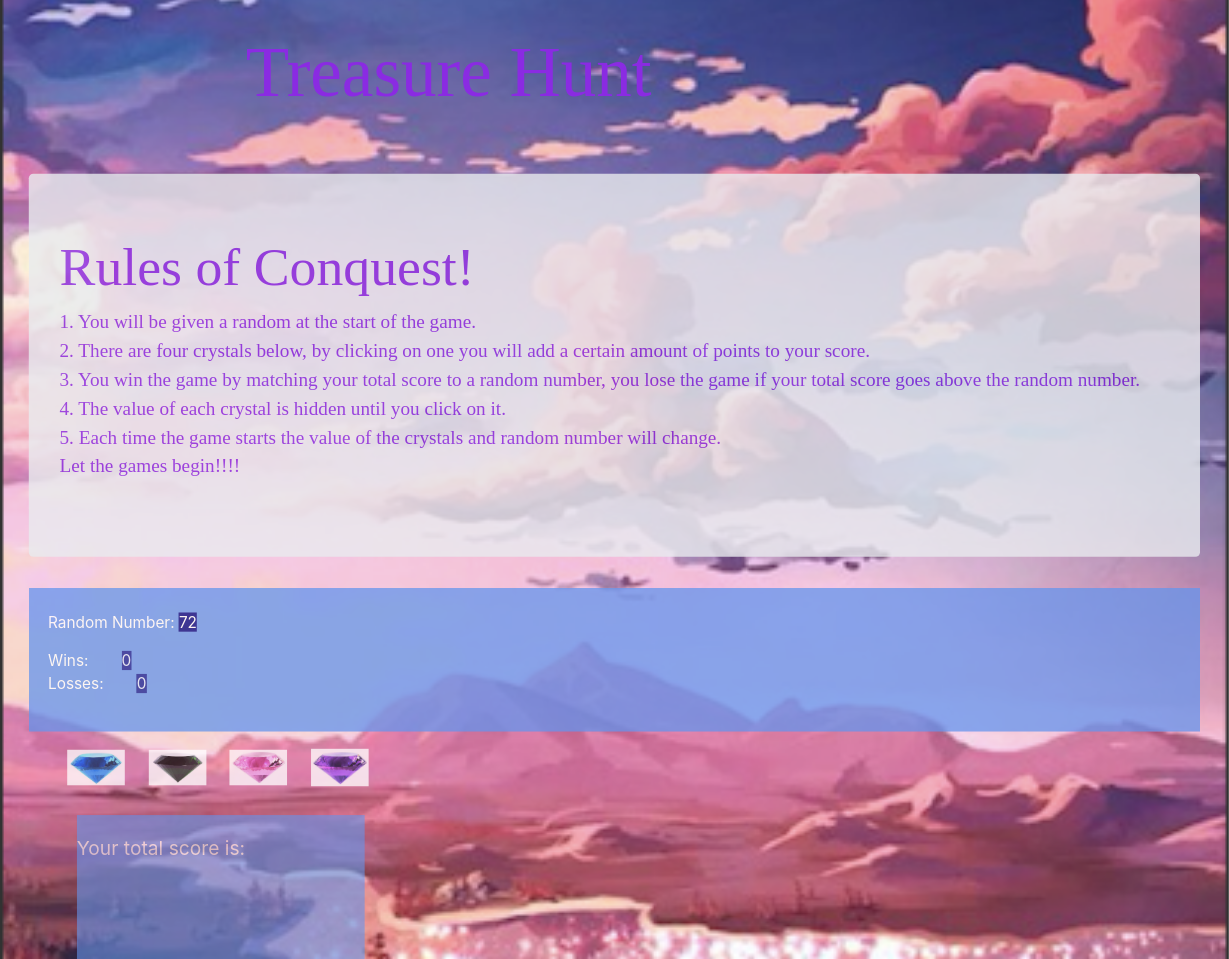
Repository: Jwill1258/unit-4-game
Page: index.html
These files come from the project's save history. The page is drawn as it stood at one moment and after the next save; the edit follows.
The browser window is 1280 px wide. The pictures show the whole page, at 96% of full size.
Some web fonts or font styles are not loaded; a fallback is used.

Above is the page before, as saved 2019-11-08 00:30:43.

### index.html
<!DOCTYPE html>
<html lang="en">
<head>
    <meta charset="UTF-8">
    <meta name="viewport" content="width=device-width, initial-scale=1.0">
    <meta http-equiv="X-UA-Compatible" content="ie=edge">
    <title>Crystal Collector</title>
    <link rel="stylesheet" type="text/css" href="assets/css/style.css">
    <link rel="stylesheet" href="https://stackpath.bootstrapcdn.com/bootstrap/4.3.1/css/bootstrap.min.css" integrity="sha384-ggOyR0iXCbMQv3Xipma34MD+dH/1fQ784/j6cY/iJTQUOhcWr7x9JvoRxT2MZw1T" crossorigin="anonymous">
    <link href="https://fonts.googleapis.com/css?family=Stoke&display=swap" rel="stylesheet">
</head>

<body>

    <div id="header">Treasure Hunt</div>

    <div class="jumbotron">

        <h1 class="display-4">Rules of Conquest!</h1>
        <p class="lead">

            1. You will be given a random at the start of the game.

            <br>

            2. There are four crystals below, by clicking on one you will add a certain amount of points to your      score.

            <br>

            3. You win the game by matching your total score to a random number, you lose the game if your total      score goes above the random number.

            <br>

            4. The value of each crystal is hidden until you click on it.

            <br>

            5. Each time the game starts the value of the crystals and random number will change.

            <br>

            Let the games begin!!!!

        </p>


    </div>

    <div id="numbers">
            <div class="numberToMatch">
                <p>Random Number:
                    <span id= "randomNumber"></span>
                </p>
            </div>
            <div class="winsandlosses">
                <p>Wins:
                    <span id= "numberWins"></span>
                    </br>
                    Losses:
                    <span id= "numberLosses"></span>
                </p>
            </div>

    <div class="crystals">

            <img src="assets/images/blue-button.png" class=crystalImage id= "one">
            <img src="assets/images/green-button.png" class=crystalImage id= "two">
            <img src="assets/images/pink button.png" class=crystalImage id= "three">
            <img src="assets/images/purple-button.png" class=crystalImage id= "four">

    </div>


    <div class="countmsg">

        <p>Your total score is:

            <span id="totalCount"></span>

        </p>

    </div>

    <script type="text/javascript" src="https://code.jquery.com/jquery-2.2.0.js"></script>
    <script type="text/javascript" src="assets/javascript/game.js"></script>


</body>
</html>

### assets/css/style.css
/* http://meyerweb.com/eric/tools/css/reset/
   v2.0 | 20110126
   License: none (public domain)
*/

html, body, div, span, applet, object, iframe,
h1, h2, h3, h4, h5, h6, p, blockquote, pre,
a, abbr, acronym, address, big, cite, code,
del, dfn, em, img, ins, kbd, q, s, samp,
small, strike, strong, sub, sup, tt, var,
b, u, i, center,
dl, dt, dd, ol, ul, li,
fieldset, form, label, legend,
table, caption, tbody, tfoot, thead, tr, th, td,
article, aside, canvas, details, embed,
figure, figcaption, footer, header, hgroup,
menu, nav, output, ruby, section, summary,
time, mark, audio, video {
	margin: 0;
	padding: 0;
	border: 0;
	font-size: 100%;
	font: inherit;
	vertical-align: baseline;
}

body {
    background-image: url( '../images/waterfall-background.jpeg' );
	background-image: height 4000px;
	background-size: 100%;
	background-position: center;
	background-repeat: no-repeat;

}

#header {
	font-family: 'Stoke', serif;
	color: blueviolet;
    font-size: 74px;
	width: 100%;
	padding-left: 20%;
	padding-top: 20px;



}

.jumbotron {
	font-family: 'Stoke', serif;
	color: blueviolet;
	font-size: 40px;
	position: center;
	background-color: cornflowerblue;
	margin-left: 30px;
	margin-right: 30px;
	opacity: 80%;
	padding-top: 50px;
	margin-top: 50px;

}

.jumbotron lead {
	border: 10px;


}

#numbers {
	background-color: cornflowerblue;
	height: 150px;
	margin-left: 30px;
	margin-right: 30px;
	padding-left: 20px;
	color: navy;
	opacity: 75%;
}

.numberToMatch {
	height: 50px;
	width: 50px;
	margin-left: 30px;
	margin-top: 50px;
	display: inline;
	color: white;
}


.winsandlosses {
	color: white;
	display: inline;
	background-color: navy;

}

#randomNumber {
	background-color: navy;


}



#numberWins {
	background-color:navy;
	width: 200px;
	height: 40px;
	margin-left: 30px;
	margin-top: 50px;
	opacity: 80%;
	color: white;


}

#numberLosses {
	background-color:navy;
	width: 200px;
	height: 40px;
	margin-left: 30px;
	margin-top: 50px;
	opacity: 80%;
	color: white;


}


.crystalImage  {
	width: 80px;
	padding-top: 40px;
	padding-bottom: 30px;
}

#one {
	padding-left: 20px;

}

#two {
	padding-left: 20px;


}

#three {
	padding-left: 20px;



}

#four {
	padding-left: 20px;



}


.countmsg {
	background-color: cornflowerblue;
	height: 150px;
	width: 300px;
	margin-left: 30px;
	opacity: 80%;
	color: white;
	font-size: 20px;
	padding-top: 20px;


}

### assets/javascript/game.js
$( document ).ready(function(){
    var Random=Math.floor(Math.random()*101+19)
    // Selects a random number to be shown at the start of the game
    // Number between 19 - 120
    //
    $('#randomNumber').text(Random);
    // Appending random number to the randomNumber id in the html doc
    //
    var num1= Math.floor(Math.random()*11+1)
    var num2= Math.floor(Math.random()*11+1)
    var num3= Math.floor(Math.random()*11+1)
    var num4= Math.floor(Math.random()*11+1)
    // create random numbers for each jewel (1-12)

    //
    var userTotal= 0;
    var wins= 0;
    var losses = 0;
    //  establish variables

$('#numberWins').text(wins);
$('#numberLosses').text(losses);
//resets the game
function reset(){
        Random=Math.floor(Math.random()*101+19);
        console.log(Random)
        $('#randomNumber').text(Random);
        num1= Math.floor(Math.random()*11+1);
        num2= Math.floor(Math.random()*11+1);
        num3= Math.floor(Math.random()*11+1);
        num4= Math.floor(Math.random()*11+1);
        userTotal= 0;
        $('#totalCount').text(userTotal);
}
//adds the wins to the userTotal
function yay(){
alert("Winner");
    wins++;
    $('#numberWins').text(wins);
    reset();
}
//addes the losses to the userTotal
function loser(){
alert ("Try Again!");
    losses++;
    $('#numberLosses').text(losses);
    reset()
}
//sets up click for jewels
$('#one').on ('click', function(){
    userTotal = userTotal + num1;
    console.log("New userTotal= " + userTotal);
    $('#totalCount').text(userTotal);
        //sets win/lose if stats
        if (userTotal == Random){
        yay();
        }
        else if ( userTotal > Random){
        loser();
        }
})
$('#two').on ('click', function(){
    userTotal = userTotal + num2;
    console.log("New userTotal= " + userTotal);
    $('#totalCount').text(userTotal);
        if (userTotal == Random){
        yay();
        }
        else if ( userTotal > Random){
        loser();
        }
})
$('#three').on ('click', function(){
    userTotal = userTotal + num3;
    console.log("New userTotal= " + userTotal);
    $('#totalCount').text(userTotal);
        if (userTotal == Random){
        yay();
        }
        else if ( userTotal > Random){
        loser();
        }
})
$('#four').on ('click', function(){
    userTotal = userTotal + num4;
    console.log("New totalCount= " + userTotal);
    $('#totalCount').text(userTotal);
        if (userTotal == Random){
        yay();
        }
        else if ( userTotal > Random){
        loser();
        }
});
});

After the next save:
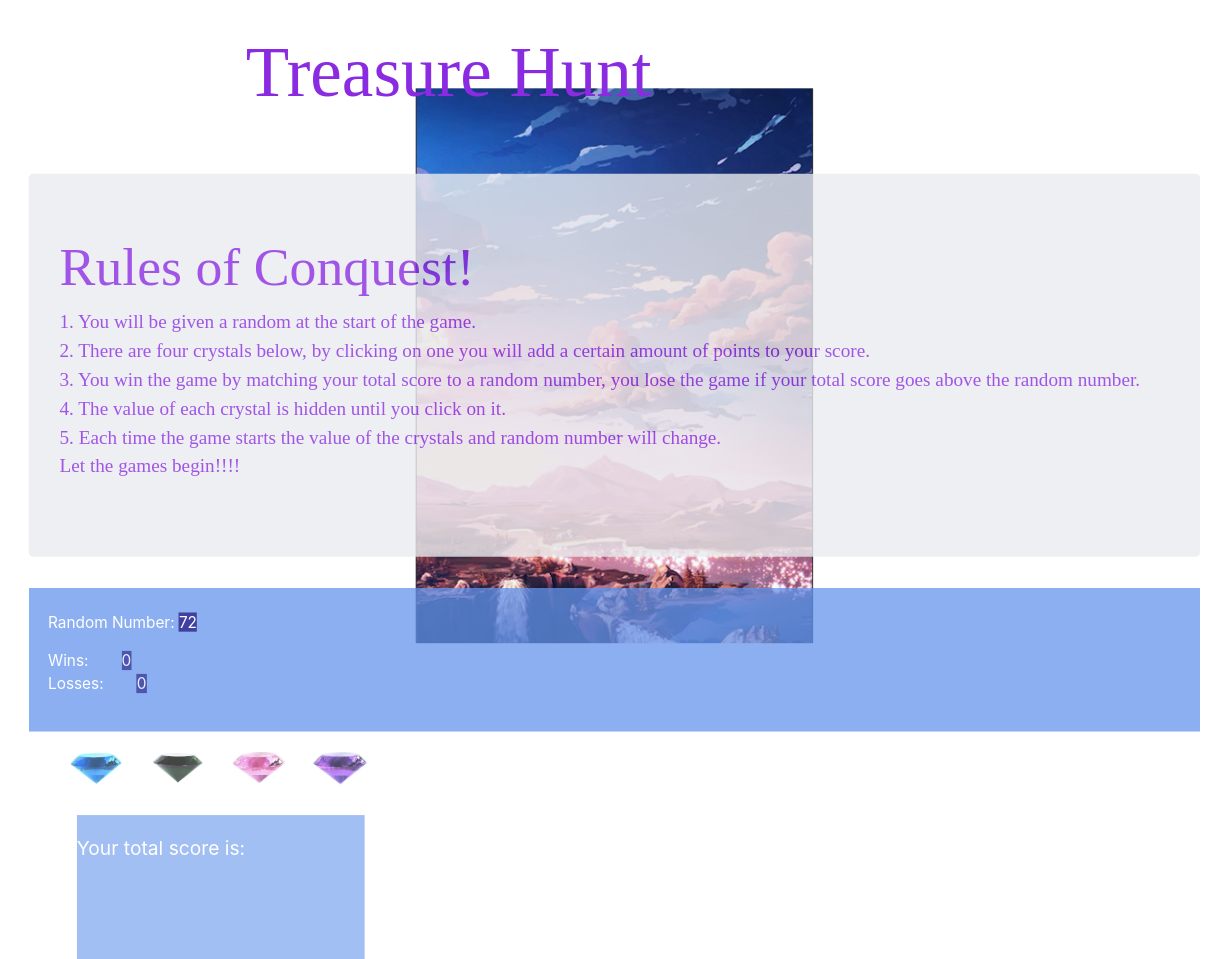
Saved 4 min 28 s later.
--- a/assets/css/style.css
+++ b/assets/css/style.css
@@ -26,8 +26,6 @@ time, mark, audio, video {
 
 body {
     background-image: url( '../images/waterfall-background.jpeg' );
-	background-image: height 4000px;
-	background-size: 100%;
 	background-position: center;
 	background-repeat: no-repeat;
 
